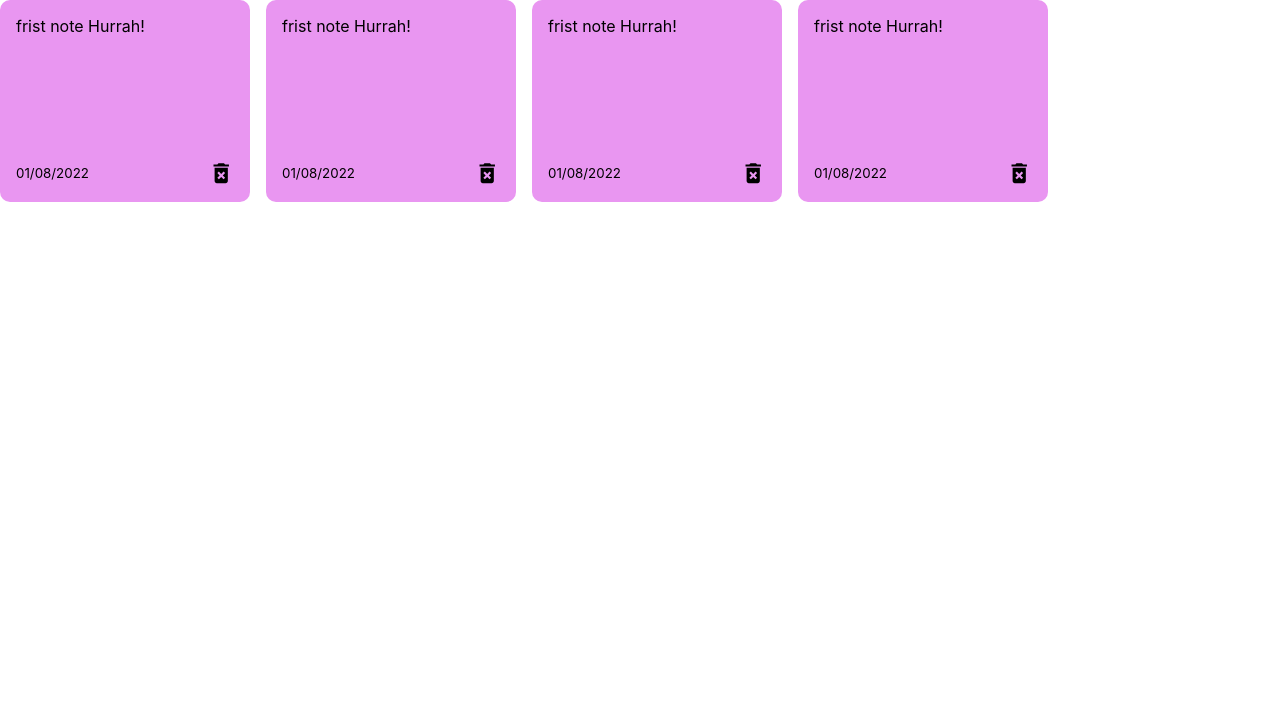
Repository: DeraBola/react-notes-app
Page: /
These files come from the project's save history. The page is drawn as it stood at one moment and after the next save; the edit follows.
The browser window is 1280 px wide. The pictures show the whole page.
The project was rebuilt for these pictures with package versions that can differ from the ones it lists, and the page was loaded fresh each time.

Above is the page before, as saved 2022-08-01 08:40:08.

### src/index.js
import React from 'react';
import ReactDOM from 'react-dom/client';
import './index.css';
import App from './App';


const root = ReactDOM.createRoot(document.getElementById('root'));
root.render(
  <React.StrictMode>
    <App />
  </React.StrictMode>
);

### src/index.css
body {
    margin: 0;
    font-family: -apple-system, BlinkMacSystemFont, 'Segoe UI', 'Roboto', 'Oxygen', 'Ubuntu', 'Cantarell', 'Fira Sans', 'Droid Sans', 'Helvetica Neue', sans-serif;
    -webkit-font-smoothing: antialiased;
    -moz-osx-font-smoothing: grayscale;
}

code {
    font-family: source-code-pro, Menlo, Monaco, Consolas, 'Courier New', monospace;
}

.notes-list {
    display: grid;
    grid-gap: 1rem;
    grid-template-columns: repeat(4, 250px);
}

.note {
    background-color: #e996f1;
    border-radius: 10px;
    padding: 1rem;
    min-height: 170px;
    display: flex;
    flex-direction: column;
    justify-content: space-between;
}

.note-footer {
    display: flex;
    align-items: center;
    justify-content: space-between;
}

### src/App.js
import NotesList from './components/NotesList';

 const App = () =>{
   return(
    <div className="container" >
      <NotesList />
    </div>
   )
 }

 export default App;

### src/components/NotesList.js
import Note from './Note';

const NotesList  = () => {
return(
    <div className='notes-list'>
        <Note />
        <Note />
        <Note />
        <Note />
    </div>
);
};

export default NotesList;

### src/components/Note.js

import { MdDeleteForever } from 'react-icons/md'

const Note  = () => {
    return(
        <div className='note'>
             <span>frist note Hurrah!</span>
             <div className="note-footer">
                <small>01/08/2022</small>
                <MdDeleteForever className='delete-icon' size='0.7cm' />
             </div>
        </div>
    );
    };

    export default Note;

Loaded but not shown: public/index.html (common file)

After the next save:
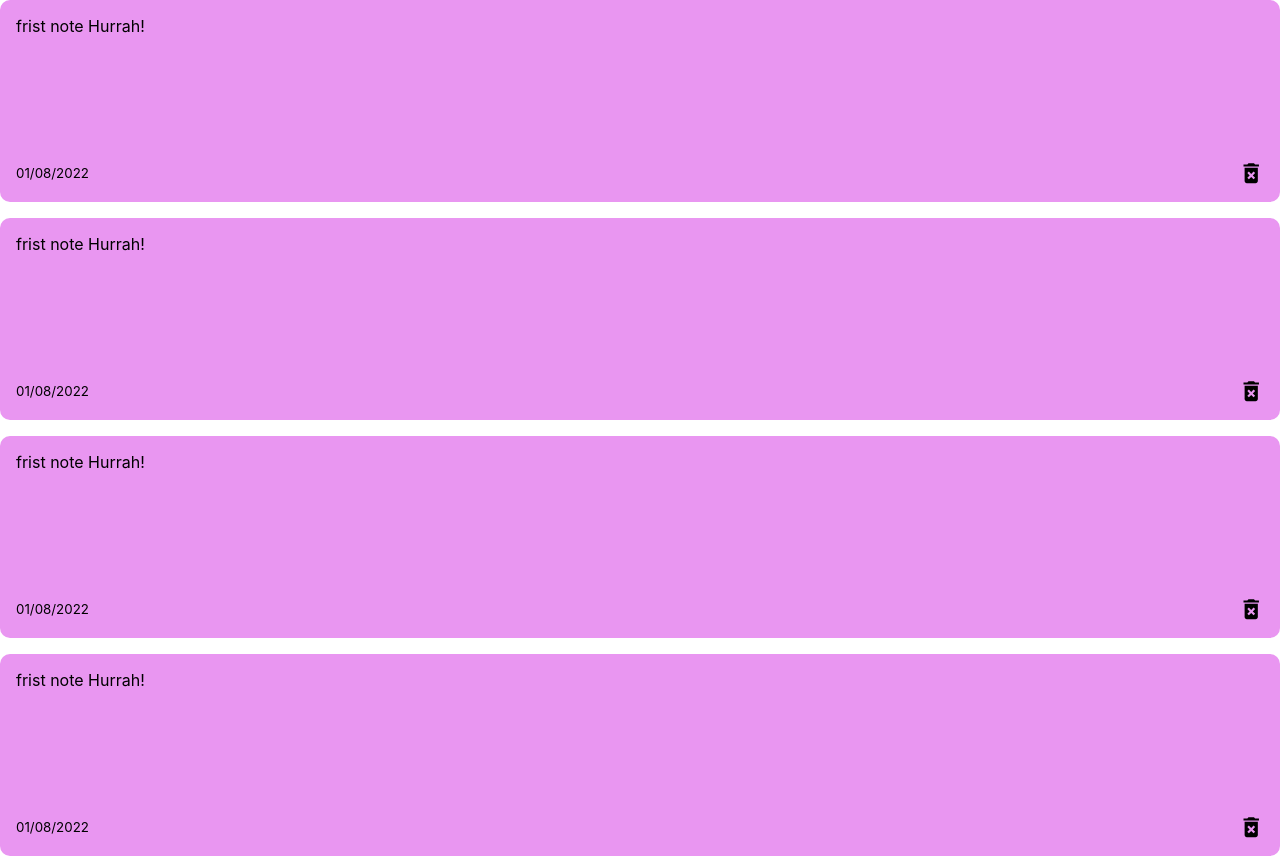
Saved 3 h 33 min later.
--- a/src/index.css
+++ b/src/index.css
@@ -12,7 +12,7 @@ code {
 .notes-list {
     display: grid;
     grid-gap: 1rem;
-    grid-template-columns: repeat(4, 250px);
+    grid-template-columns: repeat(au, 250px);
 }
 
 .note {
